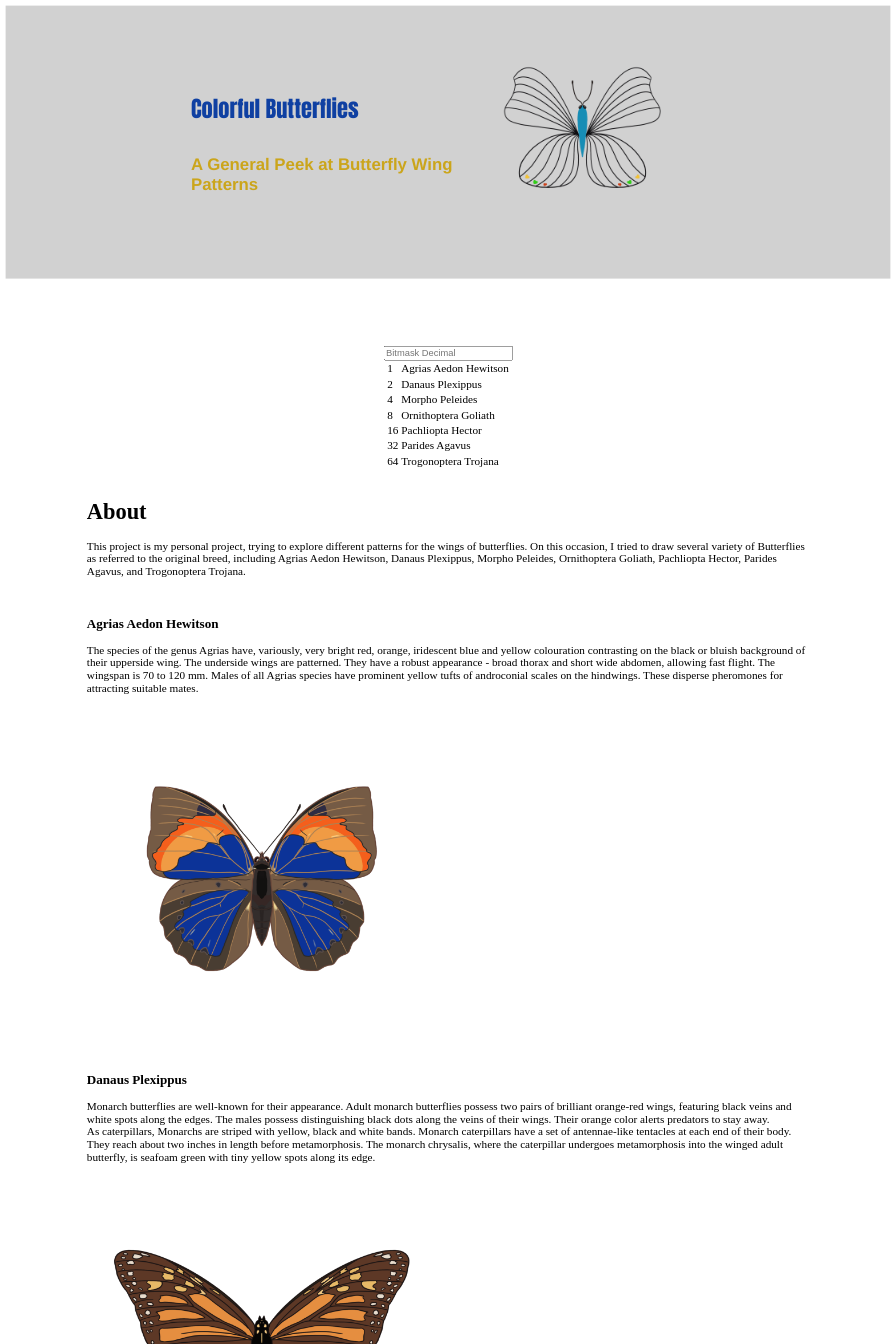
Repository: MeowCeline00/assessment-2
Page: /
An editor plug-in stored every save of this project. The page is shown before and after the next save, followed by the edit.
The browser window is 1280 px wide. The pictures show the part of the page from y = 0 to 1920 px (the page is 5878 px tall), at 70% of full size.
The project was rebuilt for these pictures with package versions that can differ from the ones it lists, and the page was loaded fresh each time. The framework's server and built-in components were replaced by stand-ins that run in the browser. Also part of the build but not shown: next.config.mjs.

Above is the page before, as saved 2024-02-07 23:29:17.

### pages/index.js
import Head from "next/head";
import { useState } from "react";
import styles from "@/styles/Home.module.css";
import Header from "@/Components/Header";
import Footer from "@/Components/Footer";
import Contents from "@/Components/Contents";


export default function Home() {

  // Butterfly Patterns
  const classFilters = {
    //key : value
    1: 'Agrias Aedon Hewitson',
    2: 'Danaus Plexippus',
    4: 'Morpho Peleides',
    8: 'Ornithoptera Goliath',
    16: 'Pachliopta Hector',
    32: 'Parides Agavus',
    64: 'Trogonoptera Trojana'
  }

  const [input, setInput] = useState();
                                    // 3
                                    // 2 & 2 Remainder 1
                                    // 1 & 1 Remainder 0
                                    // 9
                                    // 8 & 8 Remainder 1
                                    // 1 & 1 Remainder 0
  const getClassStyle = flagValue => (input & flagValue) > 0 ? {backgroundColor: 'yellow'} : null;

  return (
    <>
      <Head>
        <title>General View of Butterfly Wing Patterns</title>
        <meta name="description" content="General View of Butterfly Wing Patterns" />
        <meta name="viewport" content="width=device-width, initial-scale=1" />
        <link rel="icon" href="/butt_favicon.ico" />
      </Head>
      <Header />
      <main className={`${styles.main}`}>
       <input
       id="input"
       type="text"
       placeholder='Bitmask Decimal'
       value={input}
       onChange={event => setInput(event.target.value)}
       />
       <table>
        <tbody>
          {
            Object.keys(classFilters).map(item => (
              <tr key={item} style={getClassStyle(item)}>
                <td>{item}</td>
                <td>{classFilters[item]}</td>
              </tr>
            ))
          }
        </tbody>
       </table>
       <Contents />
      </main>
      <Footer />
    </>
  );
}

### styles/globals.css
:root {
    --h1: rgb(15, 64, 162);
    --h2: rgb(203, 165, 27);
    --header-background: #d1d1d1;

}

### styles/Home.module.css
.main {
  display: flex;
  flex-direction: column;
  justify-content: space-between;
  align-items: center;
  padding: 6rem;
  min-height: 20vh;
}

### Components/Header/index.js
import Image from 'next/image';
import styles from './Header.module.css';

export default function Header() {
    return (
        <header className={styles.header}>
            <div className={styles.titleArea}>
                <h1> Colorful Butterflies</h1>
                <h2> A General Peek at Butterfly Wing Patterns</h2>
            </div>
            <div className={styles.logoArea}>
                <img src={"/logo.png"} alt="Butterfly Logo" width={350} />
            </div>
        </header>
    );
}

### Components/Footer/index.js
import styles from './Footer.module.css'


export default function Footer() {

    return(
        <footer className={styles.footer}>
            © Created by Congling
        </footer>
    )
}

### Components/Contents/index.js
import Image from 'next/image';
import styles from './Contents.module.css';

export default function Contents() {
    return (
        <contents className={styles.contents}>
            <div className={styles.projectDescription}>
            <h1>About</h1>
            <p>This project is my personal project, trying to explore different patterns for the wings of butterflies.
                On this occasion, I tried to draw several variety of Butterflies as referred to the original breed, including
               Agrias Aedon Hewitson, Danaus Plexippus, Morpho Peleides, Ornithoptera Goliath, Pachliopta Hector, Parides Agavus,
               and Trogonoptera Trojana.
            </p>
            </div>
            <div className={styles.butterflyPatterns}>
              <div className={styles.buttfly1}>
                <div className={styles.butterfly1Des}>
                <h3>Agrias Aedon Hewitson</h3>
                <p>The species of the genus Agrias have, variously, very bright red, orange,
                    iridescent blue and yellow colouration contrasting on the black or bluish background of their upperside wing.
                    The underside wings are patterned. They have a robust appearance - broad thorax and short wide abdomen, allowing fast flight.
                    The wingspan is 70 to 120 mm. Males of all Agrias species have prominent yellow tufts of androconial scales on the hindwings.
                    These disperse pheromones for attracting suitable mates.</p>
                </div>
                <div className={styles.butterfly1Pic}>
                <img src={"/agrias_aedon_hewitson.png"} alt="Agrias Aedon Hewitson" width={500} />
                </div>
                </div>
                <div className={styles.buttfly2}>
                <div className={styles.butterfly2Des}>
                <h3>Danaus Plexippus</h3>
                <p>Monarch butterflies are well-known for their appearance.
                Adult monarch butterflies possess two pairs of brilliant orange-red wings,
                featuring black veins and white spots along the edges. The males possess distinguishing
                black dots along the veins of their wings. Their orange color alerts predators to stay away.
                <br />
                As caterpillars, Monarchs are striped with yellow, black and white bands.
                Monarch caterpillars have a set of antennae-like tentacles at each end of their body.
                They reach about two inches in length before metamorphosis. The monarch chrysalis,
                where the caterpillar undergoes metamorphosis into the winged adult butterfly,
                is seafoam green with tiny yellow spots along its edge.</p>
                </div>
                <div className={styles.butterfly2Pic}>
                <img src={"/Danaus_plexippus.png"} alt="Danaus Plexippus" width={500} />
                </div>
                </div>
                <div className={styles.buttfly3}>
                <div className={styles.butterfly3Des}>
                <h3>Morpho Peleides</h3>
                <p>Morpho peleides is recognized by the iridescent blue coloration on the top side of the wings.
                    Conversely, the undersides of the wings are brown and have a cryptic coloration and pattern.
                    Large eyespots are present on the bottom side of the forewings and hindwings.
                    The number of forewing eyespots on each individual may vary.
                    This coloration serves as protection from predators by making the butterfly somewhat camouflaged in the forest,
                    and the eyespots can startle or intimidate potential predators.
                    They are large butterflies, with adult wingspan measuring 5-8 inches.</p>
                </div>
                <div className={styles.butterfly3Pic}>
                <img src={"/morpho_peleides.png"} alt="Morpho Peleides" width={500} />
                </div>
                </div>
                <div className={styles.buttfly4}>
                <div className={styles.butterfly4Des}>
                <h3>Ornithoptera Goliath</h3>
                <p>Ornithoptera goliath has a wingspan up to 11 in. This makes it the world's second largest butterfly.
                    The African giant swallowtail reaches an almost equal wingspan.
                    <br />
                    Male. The Goliath birdwing's forewings are black. The costal edge is green and beyond the medium black bar
                    is a large green triangle which reaches the dorsum but not the black sternum. The underside is greenish yellow and greenish.
                    The veins are black and there is a black border. The outer cells have small black spots.
                    The hindwings are golden with a black edge bordered basally by a thin green line.
                    There are some green spots in the cells of the golden area. The underside is similar to the upperside,
                    but there is no black border. The edge is green. The spots in the cells of the golden area are black.
                    The abdomen is yellow with black-edged tergites. The head and thorax are black and the underside of the
                    thorax has tufts of red hair.
                    <br />
                    Female. The female is larger than the male and the basic colour is dark brown.
                    At the outer edge there is a postdiscal chain of white spots. In the discal cell there is a cluster of white spots,
                    sometimes shaped like an "E". The hindwings have a broad yellow postdiscal band with a chain of dark-brown spots in the cells.
                    The underside is very like the upper but the colours are stronger.</p>
                    </div>
                    <div className={styles.butterfly4Pic}>
                <img src={"/ornithoptera_goliath.png"} alt="Ornithoptera Goliath" width={500} />
                </div>
                </div>
                <div className={styles.buttfly5}>
                <div className={styles.butterfly5Des}>
                <h3>Pachliopta Hector</h3>
                <p>The male's upperside is black. Forewing with a broad white interrupted band from the subcostal nervure
                    opposite the origin of veins 10 and 11, extended obliquely to the tornus, and a second short pre-apical similar band;
                    both bands composed of detached irregularly indented broad streaks in the interspaces.
                    Hindwing with a distal posteriorly strongly curved series of seven crimson spots followed by a subterminal series of
                    crimson lunules. Cilia black alternated with white. Underside: forewing dull brownish black, hindwing black;
                    markings as on the upperside, but the crimson spots and crescent-shaped markings on the hindwing larger.
                    Antennae, thorax and abdomen above at base, black; head and rest of the abdomen bright crimson; beneath:
                    iho palpi, the sides of the thorax and abdomen crimson.
                    <br />
                    The female is similar, the discal series of spots and subterminal lunules much duller,
                    pale crimson sprinkled with black scales; in some specimens the anterior spots and lunules almost white barely
                    tinged with crimson; abdomen above with the black colour extended further towards the apex.
                    </p>
                    </div>
                    <div className={styles.butterfly5Pic}>
                <img src={"/pachliopta_hector.png"} alt="Pachliopta Hector" width={500} />
                </div>
                </div>
                <div className={styles.buttfly6}>
                <div className={styles.butterfly6Des}>
                <h3>Parides Agavus</h3>
                <p>The Parides agavus, also known as the Agavus Swallowtail, is a visually striking butterfly that belongs
                    to the Papilionidae family. Its wingspan can range from 3 to 4 inches, showcasing a bold contrast of colors and patterns.
                    The primary coloration of its wings is a deep, glossy black, which serves as a dramatic backdrop for the vibrant
                    red or pink bands that adorn the edges of its hindwings. These vivid markings are complemented by smaller,
                    iridescent blue or green spots that add a touch of shimmer and complexity to its appearance.
                    The butterfly's body is slender and predominantly black, with legs that may have hints of red.
                    Its distinctive tail-like extensions on the hindwings, characteristic of swallowtail butterflies,
                    enhance its elegant silhouette, making the Parides agavus a remarkable specimen in the butterfly world.</p>
                </div>
                <div className={styles.butterfly6Pic}>
                <img src={"/parides_agavus.png"} alt="Parides Agavus" width={500} />
                </div>
                </div>
                <div className={styles.buttfly7}>
                <div className={styles.butterfly7Des}>
                <h3>Trogonoptera Trojana</h3>
                <p>
                    The Trogonoptera trojana, known as the Rajah Brooke's Birdwing, is an exquisite and large butterfly,
                    hailing from the Birdwing genus that captivates with its sheer size and stunning coloration.
                    Typically, the wingspan of this magnificent creature can stretch up to about 7 inches,
                    making it one of the larger species within the butterfly realm. The male of the species boasts a velvety black color
                    on the upper side of its wings, dramatically offset by an electric green or turquoise hue that forms broad,
                    iridescent bands across the forewings and a series of smaller, similarly colored streaks on the hindwings.
                    This contrast is not only striking but serves as a natural spectacle in the wild. The female, while larger,
                    tends to have a more subdued color palette, with wings that are predominantly brown or black,
                    accented with white or cream-colored spots. The Trogonoptera trojana's body is slender,
                    with the thorax and abdomen often matching the dark hue of the wings, creating a cohesive and sleek appearance.
                    The elegant, yet powerful flight of this butterfly, coupled with its vivid coloration,
                    makes it a breathtaking sight in its natural rainforest habitats</p>
                    </div>
                    <div className={styles.butterfly7Pic}>
                <img src={"/trogonoptera_trojana.png"} alt="Trogonoptera Trojana" width={500} />
                </div>
                </div>
            </div>
        </contents>
    );
}

### Components/Header/Header.module.css
.header {
    display: flex;
    justify-content: space-between;
    align-items: center;
    padding: 20px;
    background-color: var(--header-background);
}

.titleArea {
    display: flex;
    flex-direction: column;
    padding-left: 20%;
}

.titleArea h1 {
    color: var(--h1);
    font-size: xx-large;
    font-family: Impact, Haettenschweiler, 'Arial Narrow Bold', sans-serif;
}

.titleArea h2 {
    color: var(--h2);
    font-family: 'Franklin Gothic Medium', 'Arial Narrow', Arial, sans-serif;
}

.logoArea {
  display: flex;
  padding-right: 20%;
}

### Components/Footer/Footer.module.css
.footer{
    text-align: center;
    font-weight: bold;
    font-family: Georgia, 'Times New Roman', Times, serif;
    font-size: larger;
    background-color: var(--header-background);
    color: var(--h1);
}

### Components/Contents/Contents.module.css
.contents {
    display: flex;
    flex-direction: column;
    margin: 20px;
}

.projectDescription {
    margin-bottom: 20px;
}

.butterflyPatterns {
    display: flex;
    flex-direction: column;
}

.butterflyPattern {
    display: flex;
    justify-content: space-between;
    align-items: center;
    margin-bottom: 20px;
}

.butterflyDes {
    flex: 1; /* Assigns 50% of the space to the description */
    padding-right: 20px; /* Adds some space between the text and the image */
}

.butterflyPic {
    flex: 1; /* Assigns 50% of the space to the picture */
    display: flex;
    justify-content: flex-start; /* Aligns the image to the start of the flex item */
}

.butterflyPic img {
    width: 100%; /* Full width of the flex item */
    height: auto; /* Keeps the aspect ratio of the image */
}

Loaded but not shown: pages/_app.js (common file); pages/_document.js (common file); pages/api/hello.js (common file)

After the next save:
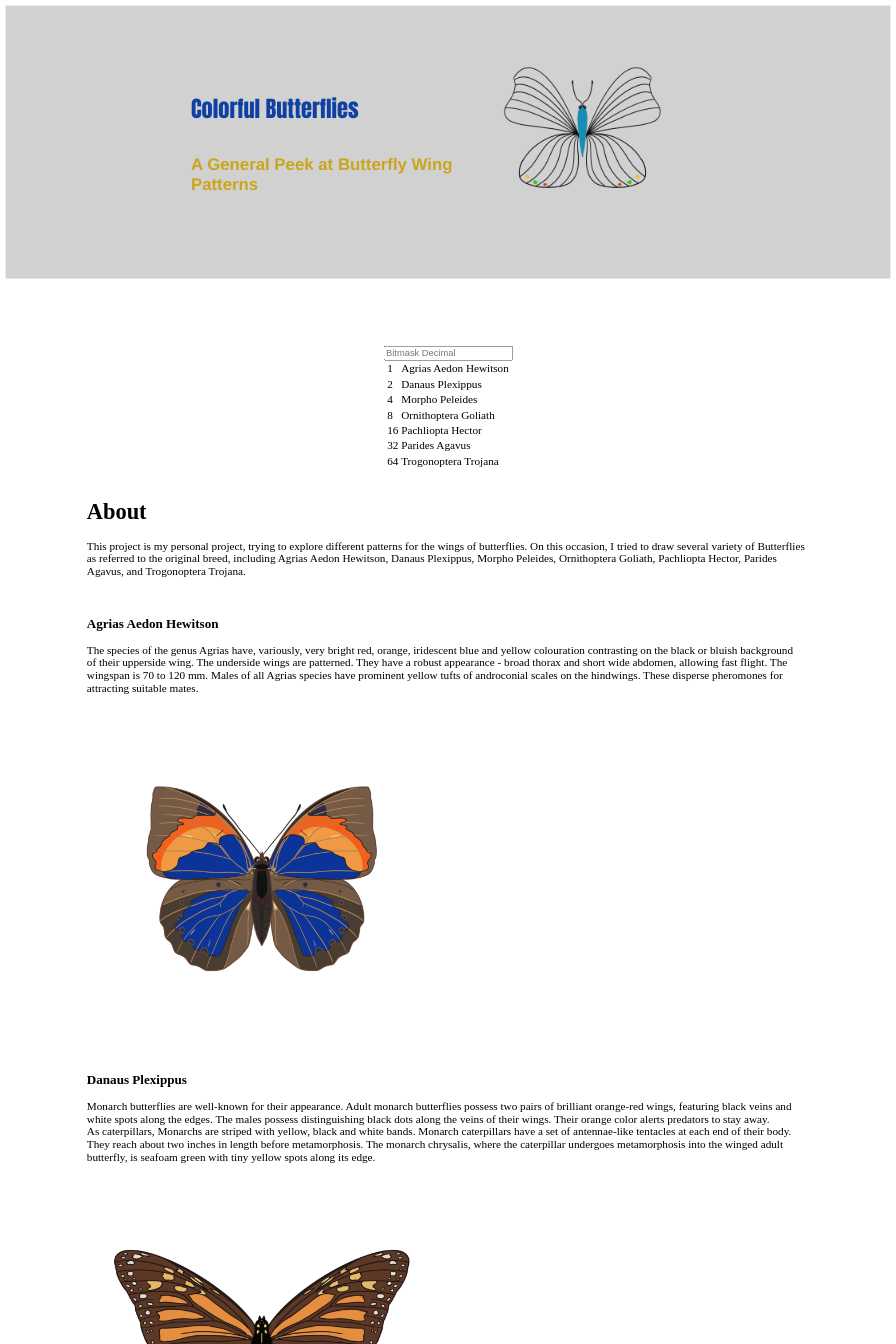
Saved 55 s later.
--- a/Components/Contents/index.js
+++ b/Components/Contents/index.js
@@ -14,7 +14,7 @@ export default function Contents() {
             </div>
             <div className={styles.butterflyPatterns}>
               <div className={styles.buttfly1}>
-                <div className={styles.butterfly1Des}>
+                <div className={styles.butterflyDes}>
                 <h3>Agrias Aedon Hewitson</h3>
                 <p>The species of the genus Agrias have, variously, very bright red, orange,
                     iridescent blue and yellow colouration contrasting on the black or bluish background of their upperside wing.
